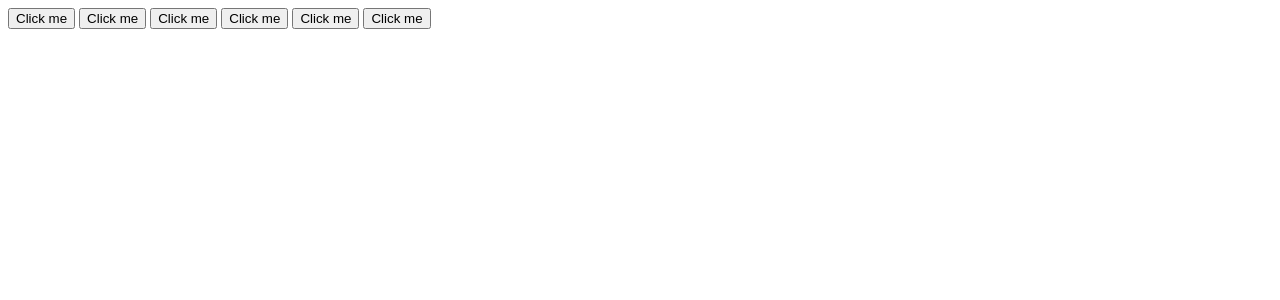
Repository: yuktavyas14/vscode
Page: index.html
These files come from the project's save history. The page is drawn as it stood at one moment and after the next save; the edit follows.
The browser window is 1280 px wide. The pictures show the whole page.

Above is the page before, as saved 2021-06-08 15:27:00.

### index.html
<!DOCTYPE html>
<html lang="en">
<head>
    <meta charset="UTF-8">
    <meta http-equiv="X-UA-Compatible" content="IE=edge">
    <meta name="viewport" content="width=device-width, initial-scale=1.0">
    <title>Form</title>
    <link rel="stylesheet" href="style.css">
</head>
<body>
    <div class="container">
        <div class="btn">
            <button>Click me</button>
            <button>Click me</button>
            <button>Click me</button>
            <button>Click me</button>
            <button>Click me</button>
            <button>Click me</button>

        </div>
    </div>

</body>
</html>

Loaded but not shown: style.css (no stored copy; drawn as an empty file)

After the next save:
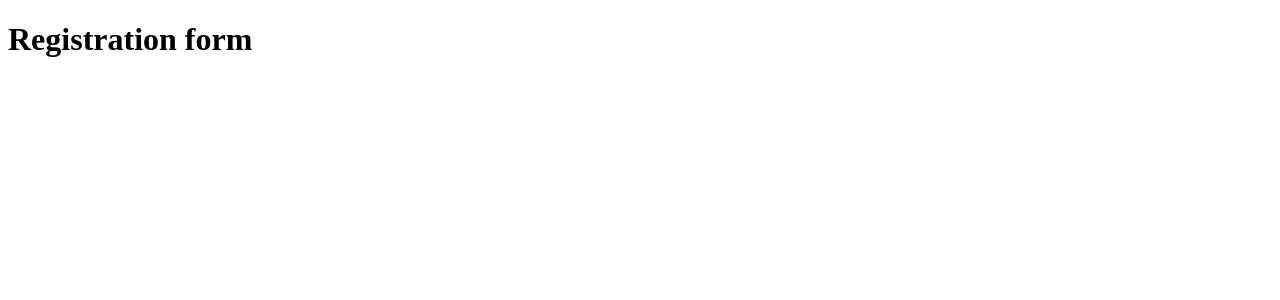
Saved 5 s later.
--- a/index.html
+++ b/index.html
@@ -8,17 +8,7 @@
     <link rel="stylesheet" href="style.css">
 </head>
 <body>
-    <div class="container">
-        <div class="btn">
-            <button>Click me</button>
-            <button>Click me</button>
-            <button>Click me</button>
-            <button>Click me</button>
-            <button>Click me</button>
-            <button>Click me</button>
-
-        </div>
-    </div>
+    <h1>Registration form</h1>
 
 </body>
 </html>
